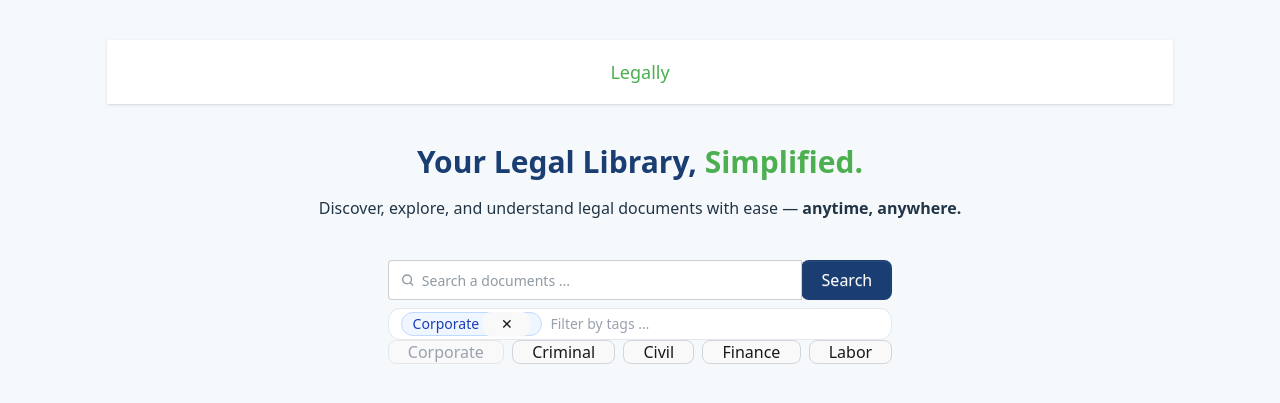
Repository: OdinPie/legal-search-acmeai
Page: / (app in legal-frontend/), after clicking the first element matching `button.btn-xs`
The author's editor kept a copy of each file at every save. The page is drawn from the files as they stood at one save, then again after the next save.
The browser window is 1280 px wide. The pictures show the whole page.
The project was rebuilt for these pictures with package versions that can differ from the ones it lists, and the page was loaded fresh each time. Also part of the build but not shown: legal-frontend/vite.config.js.

Above is the page before, as saved 2025-11-05 23:44:56.

### legal-frontend/index.html
<!doctype html>
<html lang="en">
  <head>
    <meta charset="UTF-8" />
    <link rel="icon" type="image/svg+xml" href="/vite.svg" />
    <meta name="viewport" content="width=device-width, initial-scale=1.0" />
    <title>legal-frontend</title>
  </head>
  <body>
    <div id="root"></div>
    <script type="module" src="/src/main.jsx"></script>
  </body>
</html>

### legal-frontend/src/App.jsx
import './App.css'
import Home from './pages/Home'

function App() {

  return (
    <>
      <Home></Home>
    </>
  )
}

export default App

### legal-frontend/src/App.css
@import "tailwindcss";

@plugin "daisyui";

### legal-frontend/src/pages/Home.jsx
import React from 'react';
import SearchSection from '../components/SearchSection';
import Navbar from '../components/Navbar';
import Banner from '../components/Banner';
const Home = () => {
    return (
        <div className='bg-[#F6F9FC] min-h-screen min-w-screen'>
            <Navbar></Navbar>
            <Banner></Banner>
            {/* <SearchSection></SearchSection> */}
            {/* Your Legal Library, Simplified.
                Discover, explore, and understand legal documents with ease — anytime, anywhere. */}
        </div>
    );
};

export default Home;

### legal-frontend/src/components/SearchSection.jsx
import { useState } from "react";
import TagBar from "./TagBar";

export default function SearchSection() {

  const [query, setQuery] = useState("");
  const [keywords, setKeywords] = useState([]);

  return (
    <div className="my-10">
      <div className="join w-full max-w-2xl mx-auto">
    <label className="input validator join-item flex-1 min-w-0">
      <svg className="h-[1em] opacity-50" xmlns="http://www.w3.org/2000/svg" viewBox="0 0 24 24">
    <g
      strokeLinejoin="round"
      strokeLinecap="round"
      strokeWidth="2.5"
      fill="none"
      stroke="currentColor"
    >
      <circle cx="11" cy="11" r="8"></circle>
      <path d="m21 21-4.3-4.3"></path>
    </g>
  </svg>
      <input className="grow" type="text" placeholder="Search a documents ..." required />
    </label>

  <button className="btn join-item !bg-[#1A3E72] !text-white" >Search</button>
</div>
    <TagBar value={keywords} onChange={setKeywords} />
    </div>
  );
}

### legal-frontend/src/components/Navbar.jsx
export default function Navbar() {

  return (
    <div className="flex justify-center sticky top-10 ">
        <div className="navbar bg-base-100 shadow-sm sticky z-10 w-10/12">
    <div className="flex justify-center w-full">
        <a className="btn btn-ghost text-lg !text-[#4CAF50]">Legally</a>
    </div>
    </div>
    </div>
  );
}

### legal-frontend/src/components/Banner.jsx
import React from 'react';
import SearchSection from './SearchSection';

const Banner = () => {
    return (
        <div>
            <div className='flex flex-col items-center justify-center text-center mt-20'>
                {/*Banner writings here  */}
                <h1 className='!text-3xl font-bold text-[#1A3E72]'>Your Legal Library, <span className='text-[#4CAF50]'>Simplified.</span></h1>
                <p className='mt-4'>Discover, explore, and understand legal documents with ease — <span className='font-bold'>anytime, anywhere.</span></p>
                <SearchSection></SearchSection>
            </div>
        </div>
    );
};

export default Banner;

### legal-frontend/src/components/TagBar.jsx
import { useState, useRef } from "react";

const maxTags = 5;
 const suggetions = ["Corporate", "Criminal", "Civil", "Finance", "Labor"];

export default function TagBar({ value = [], onChange }) {
  const [input, setInput] = useState("");

  const addTag = (raw) => {
    const tag = raw.trim();
    if (!tag) return;
    const norm = tag.toLowerCase();
    const has = value.some(t => t.toLowerCase() === norm);
    if (has || value.length >= maxTags) return;  // if it already exists in the tag list or tag list already filled up? --> return
    onChange([...value, tag]);
    setInput("");
  };

  const removeTag = (tag) => {
    onChange(value.filter(t => t !== tag))
  };

  const handleKeyDown = (e) => {
    if (["Enter", ","," "].includes(e.key)) {
      e.preventDefault();
      addTag(input);
        }  else if (e.key === "Backspace" && !input && value.length) {
      removeTag(value[value.length - 1]);  // remove the last node
       }
  };

  const atLimit = value.length >= maxTags;

  return (
    <div className="my-2">
      <div
        className="flex items-center gap-2 overflow-clip no-scrollbar h-8 w-full rounded-xl border border-gray-200 bg-white px-3"
      >
        {value.map(tag => (
          <span
            key={tag}
            className="flex fl items-center gap-1 rounded-full bg-blue-50 text-blue-800 border border-blue-200 badge text-sm"
          >
            {tag}
            <button
              onClick={() => removeTag(tag)}
              className="btn btn-xs rounded-full hover:!bg-red-100"
            >
              ✕
            </button>
          </span>
        ))}

        <input
          value={input}
          onChange={(e) => setInput(e.target.value)}
          onKeyDown={handleKeyDown}
          disabled={atLimit}
          placeholder={atLimit ? "Max tags reached" : "Filter by tags …"}
          className="min-w-[8ch] flex-1 bg-transparent outline-none text-sm placeholder-gray-400"
        />
      </div>

      <div className="flex flex-wrap gap-2">
        {suggetions.map(s => {
          const taken = value.some(t => t.toLowerCase() === s.toLowerCase());
          return (
            <button
              key={s}
              disabled={taken || atLimit}
              onClick={() => addTag(s)}
              className={`btn btn-xs text-sm
                ${taken ? "!border-gray-200 !text-gray-400 !cursor-not-allowed"
                        : "!border-gray-300 hover:!bg-blue-50 hover:!border-blue-400"}`}
            >
              {s}
            </button>
          );
        })}
      </div>
    </div>
  );
}

Loaded but not shown: legal-frontend/src/main.jsx (common file); legal-frontend/src/index.css (common file)

After the next save:
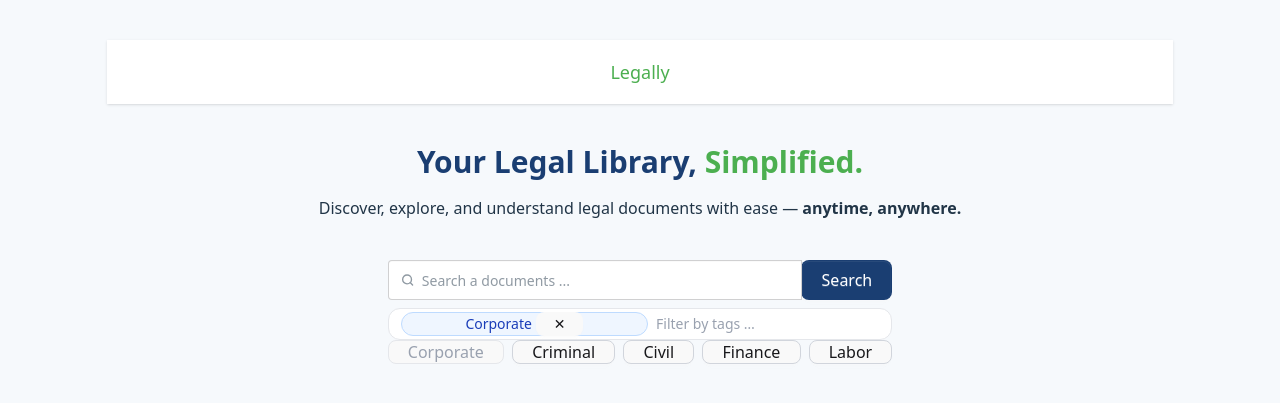
Saved 10 s later.
--- a/legal-frontend/src/components/TagBar.jsx
+++ b/legal-frontend/src/components/TagBar.jsx
@@ -39,7 +39,7 @@
         {value.map(tag => (
           <span
             key={tag}
-            className="flex fl items-center gap-1 rounded-full bg-blue-50 text-blue-800 border border-blue-200 badge text-sm"
+            className="flex flex-1 items-center gap-1 rounded-full bg-blue-50 text-blue-800 border border-blue-200 badge text-sm"
           >
             {tag}
             <button

After the save that followed:
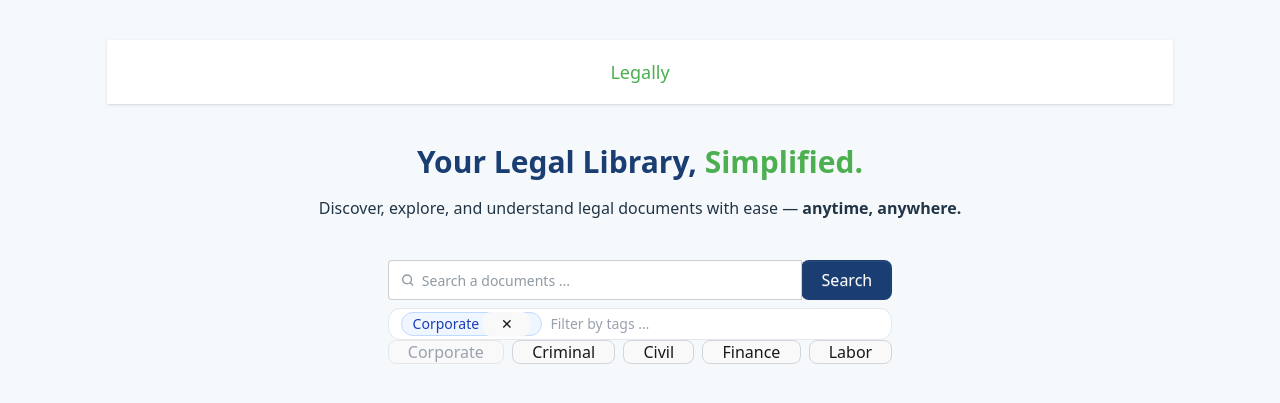
Saved 9 s later.
--- a/legal-frontend/src/components/TagBar.jsx
+++ b/legal-frontend/src/components/TagBar.jsx
@@ -39,7 +39,7 @@
         {value.map(tag => (
           <span
             key={tag}
-            className="flex flex-1 items-center gap-1 rounded-full bg-blue-50 text-blue-800 border border-blue-200 badge text-sm"
+            className="flex items-center gap-1 rounded-full bg-blue-50 text-blue-800 border border-blue-200 badge text-sm"
           >
             {tag}
             <button
